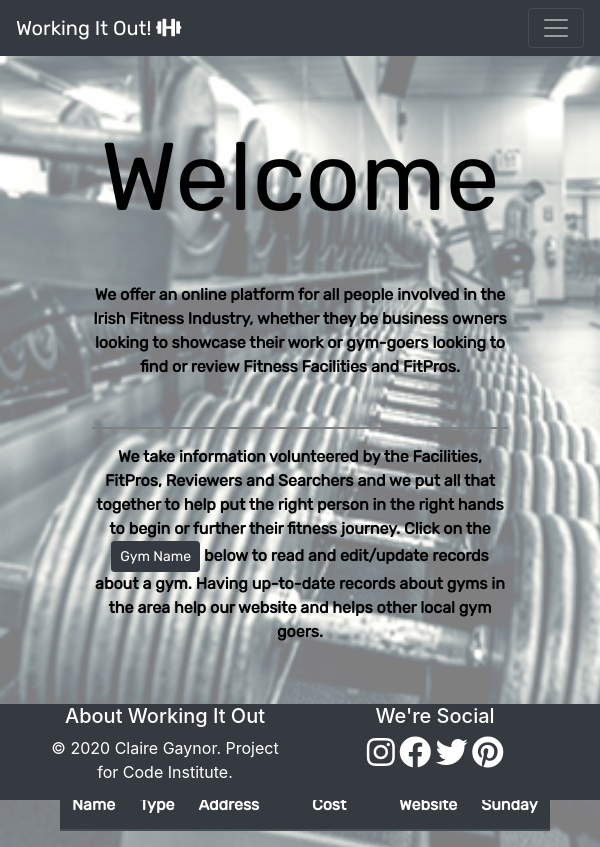
Repository: cgaynor91/Working_It_Out
Page: templates/home.html
The author's editor kept a record of every edit. The page is drawn from the files as they stood at one moment, then again after the next edit.
The browser window is 600 px wide. The pictures show the whole page.
Some web libraries are served in a nearby version. The page is served by the project's application, run on Flask 3 (app.py). The template is opened directly, without the code that normally fills it, so the values that code supplies are empty.

Above is the page before.

After the next edit:
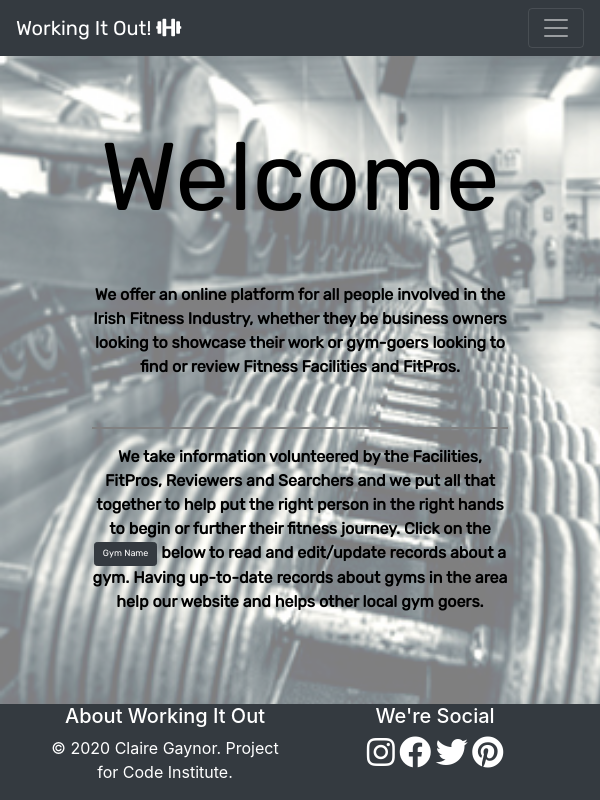
The edit:
--- a/static/css/style.css
+++ b/static/css/style.css
@@ -99,18 +99,18 @@
     color: #fff;
 }
 
-.review {
-    display: -ms-flexbox;
-    display: flex;
-    -ms-flex-wrap: wrap;
-    flex-wrap: wrap;
-    margin-right: -15px;
-    margin-left: -15px;
-    margin-bottom: 20px;
+
+@media only screen and (max-width: 660px) {
+    .table {
+        font-size: 9px;
+        font-weight: bold;
+    }
+    .btn-sm {
+        font-size: 9px;
+
+    }
+    .table-data {
+        padding-right: 1px;
+        padding-left: 1px;
+    }
 }
-
-
-
-
-
-/*
